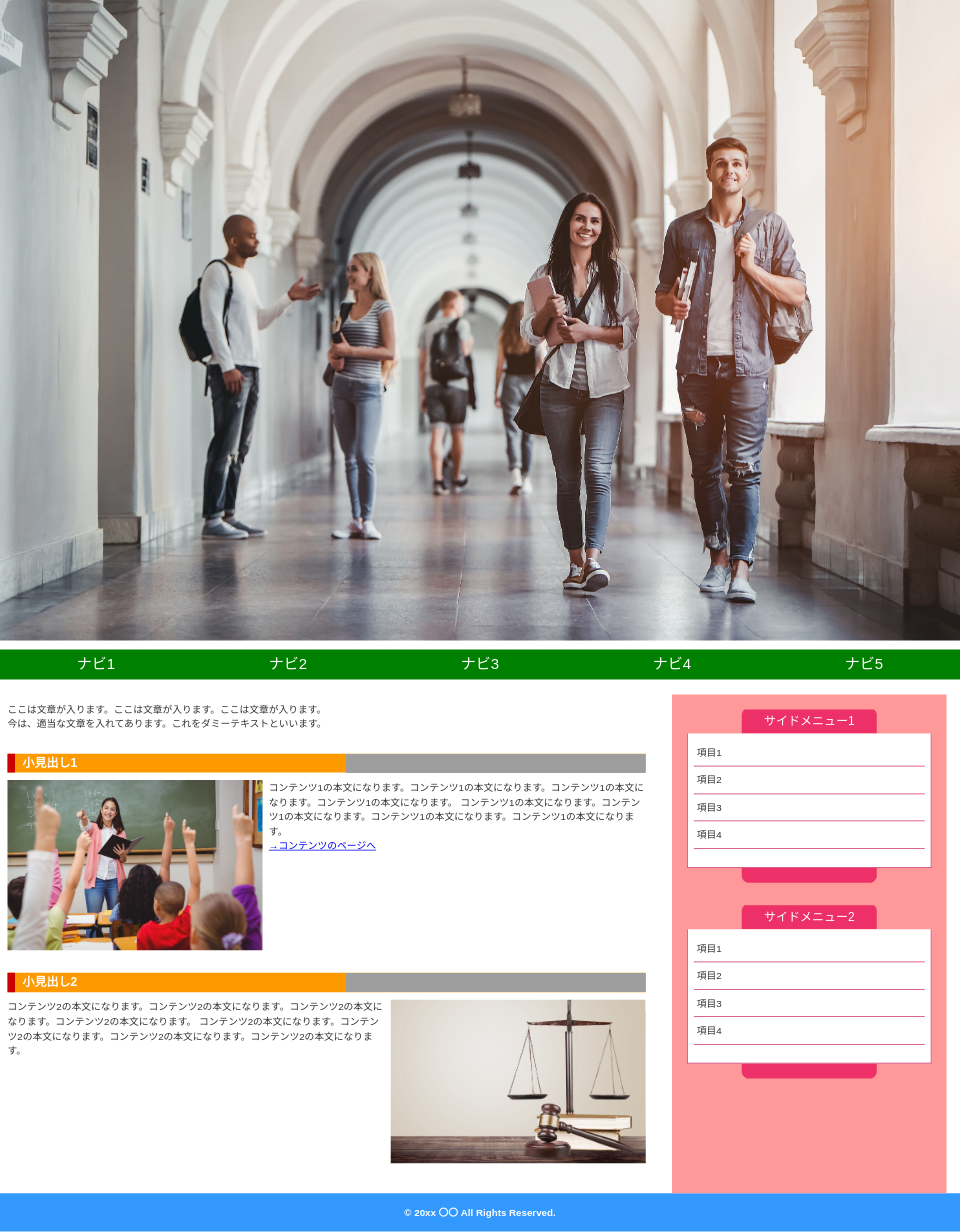
Repository: KAZMA5/samurai_HTML-CSS
Page: 6章まで/home.html
The author's editor kept a record of every edit. The page is drawn from the files as they stood at one moment, then again after the next edit.
The browser window is 1280 px wide. The pictures show the whole page, at 75% of full size.
Pictures or frames that could not be fetched are drawn as grey boxes.

Above is the page before.

### 6章まで/home.html
<!DOCTYPE html>
<html lang="ja">
    <head>
    <meta charset="UTF-8">
    <title>HTML/CSSの学習</title>
    <link rel="stylesheet"    href="stylesheet.css">
    </head>
    <body>
        <div id="header">
            <h1><a href="index.html"><img id="corridor" src="images/corridor.jpg" alt="大学の廊下" /></a></h1>
        </div>
        <div id="wrapper">
            <div id="nav">
                <ul>
                    <li><a href="home.html">ナビ1</a></li>
                    <li><a href="#">ナビ2</a></li>
                    <li><a href="#">ナビ3</a></li>
                    <li><a href="#">ナビ4</a></li>
                    <li><a href="#">ナビ5</a></li>
                </ul>
            </div>
            <div id="container">
                <div id="main">
                    <div class="post">
                        <p>ここは文章が入ります。ここは文章が入ります。ここは文章が入ります。<br />今は、適当な文章を入れてあります。これをダミーテキストといいます。</p>
                    </div>
                    <div class="post clearfix">
                        <h2>小見出し1</h2>
                        <img class="left" src="images/classroom.jpg" alt="授業風景" />
                        <p>
                            コンテンツ1の本文になります。コンテンツ1の本文になります。コンテンツ1の本文になります。コンテンツ1の本文になります。
                            コンテンツ1の本文になります。コンテンツ1の本文になります。コンテンツ1の本文になります。コンテンツ1の本文になります。
                        </p>
                    <p><a href="#">→コンテンツのページへ</a></p>
                </div>
                <div class="post clearfix">
                    <h2>小見出し2</h2>
                    <img class="right" src="images/scale.jpg" alt="天秤" />
                    <p>
                        コンテンツ2の本文になります。コンテンツ2の本文になります。コンテンツ2の本文になります。コンテンツ2の本文になります。
                        コンテンツ2の本文になります。コンテンツ2の本文になります。コンテンツ2の本文になります。コンテンツ2の本文になります。
                    </p>
                </div>
            </div>
            <div id="side">
                <div class="box">
                    <h2>サイドメニュー1</h2>
                    <div class="boxBody">
                        <ul>
                            <li>項目1</li>
                            <li>項目2</li>
                            <li>項目3</li>
                            <li>項目4</li>
                        </ul>
                    </div>
                </div>
                <div class="box">
                    <h2>サイドメニュー2</h2>
                    <div class="boxBody">
                        <ul>
                            <li>項目1</li>
                            <li>項目2</li>
                            <li>項目3</li>
                            <li>項目4</li>
                        </ul>
                    </div>
                </div>
            </div>
        </div>
        <div id="footer">
            <p>&copy; 20xx 〇〇 All Rights Reserved.<p>
        </div>
    </body>
</html>

### 6章まで/stylesheet.css
@charset "utf-8";

body {
	margin: 0;
	padding: 0;
	font-family: "ヒラギノ角ゴ Pro W3", "Hiragino Kaku Gothic Pro", "メイリオ", Meiryo, Osaka, "ＭＳ Ｐゴシック", "MS PGothic", sans-serif;
	color: #333;
	font-size: 13px;
	line-height: 150%;
}

/* -------------------- wrapper -------------------- */
#wrapper {
	width: 100%;
	margin: auto;
	padding: 0px;
	border: 0px;
	background-color: #FFF;
	top: 10px;
	position: relative;
}

/* -------------------- header -------------------- */
#header {
	width: 100%;
}
#header h1 {
	margin: 0;
	padding: 0;
}

#corridor {
	width: 100%;
	height: auto;
}

/* -------------------- footer -------------------- */
#footer {
	clear: both;
	width: 100%;
	padding: 3px 0 3px 0;
	background: #39F;
	color: #FFF;
	font-weight: bold;
	text-align: center;
}

/* -------------------- nav -------------------- */
#nav {
	width: 100%;
}
#nav ul {
	display: flex;
	margin: 0;
	padding: 0;
	list-style-type: none;
}
#nav ul li {
	width: 20%;
	text-align: center;
}
#nav ul li a {
	display: block;
	height: 20px;
	margin: 0;
	padding: 10px;
	color: #FFF;
	font-size: 20px;
	text-decoration: none;
	background-color: green;
}

#nav ul li a:hover {
	filter: drop-shadow(10px 10px 10px black);
}

/* -------------------- container -------------------- */
#container {
	width: 100%;
	margin: auto ;
	padding: auto;
	padding-top: 20px;
	clear: both;
	display: grid;
	grid-template-columns: 70vw 30vw;
}
/* -------------------- main -------------------- */
#main {
	width: 95%;
	padding: 10px 30px 10px 10px;
}
#main h2 {
	margin: 0 0 10px 0;
	padding: 3px 10px 3px 10px;
	color: #FFF;
	font-size: 16px;
	border-left: solid 10px #C00;
	background: #F90 url(../images/main_h2.jpg) right top repeat-y;
}
#main p {
	margin: 0;
	padding: 0;
}
#main .post {
	margin: 0 0 30px 0;
}

#main .post img.right {
	margin: 0 0 0 8px;
}
#main .post img.left {
	margin: 0 8px 0 0;
}

.right {
	float: right;
	width: 40%;
	height: auto;
}
.left {
	float: left;
	width: 40%;
	height: auto;
}

/* -------------------- clearfix -------------------- */
.clearfix {
	zoom: 1;
}
.clearfix:after{
	content: "";
	display: block;
	clear: both;
}

/* -------------------- side -------------------- */
#side {
	width: 85%;
	padding: 20px;
	background-color: #F99;
}
#side .box {
	margin: 0 auto 30px auto;
	padding: 0 0 20px 0;
	background: url(images/side_box.png) bottom no-repeat;
}
#side .box h2 {
	margin: 0;
	padding: 8px;
	text-align: center;
	color: #fff;
	font-size: 16px;
	line-height: 16px;
	font-weight: normal;
	background: url(images/side_box_h2.png) center no-repeat;
}
#side .box .boxBody {
	padding: 8px;
	border-right: solid 1px #C36;
	border-bottom: solid 1px #C36;
	border-left: solid 1px #C36;
	background: #fff;
}
#side .box .boxBody ul {
	margin: 0 0 16px 0;
	padding: 0;
}
#side .box .boxBody ul li {
	padding: 8px 0 8px 4px;
	list-style: none;
	border-bottom: solid 1px #C36;
}

#side .box .boxBody ul li:hover {
	padding: 8px 0 8px 4px;
	list-style: none;
	border-bottom: solid 1px #C36;
	box-shadow: 0px 4px 4px rgba(0, 0, 0, 0.3);
}

After the next edit:
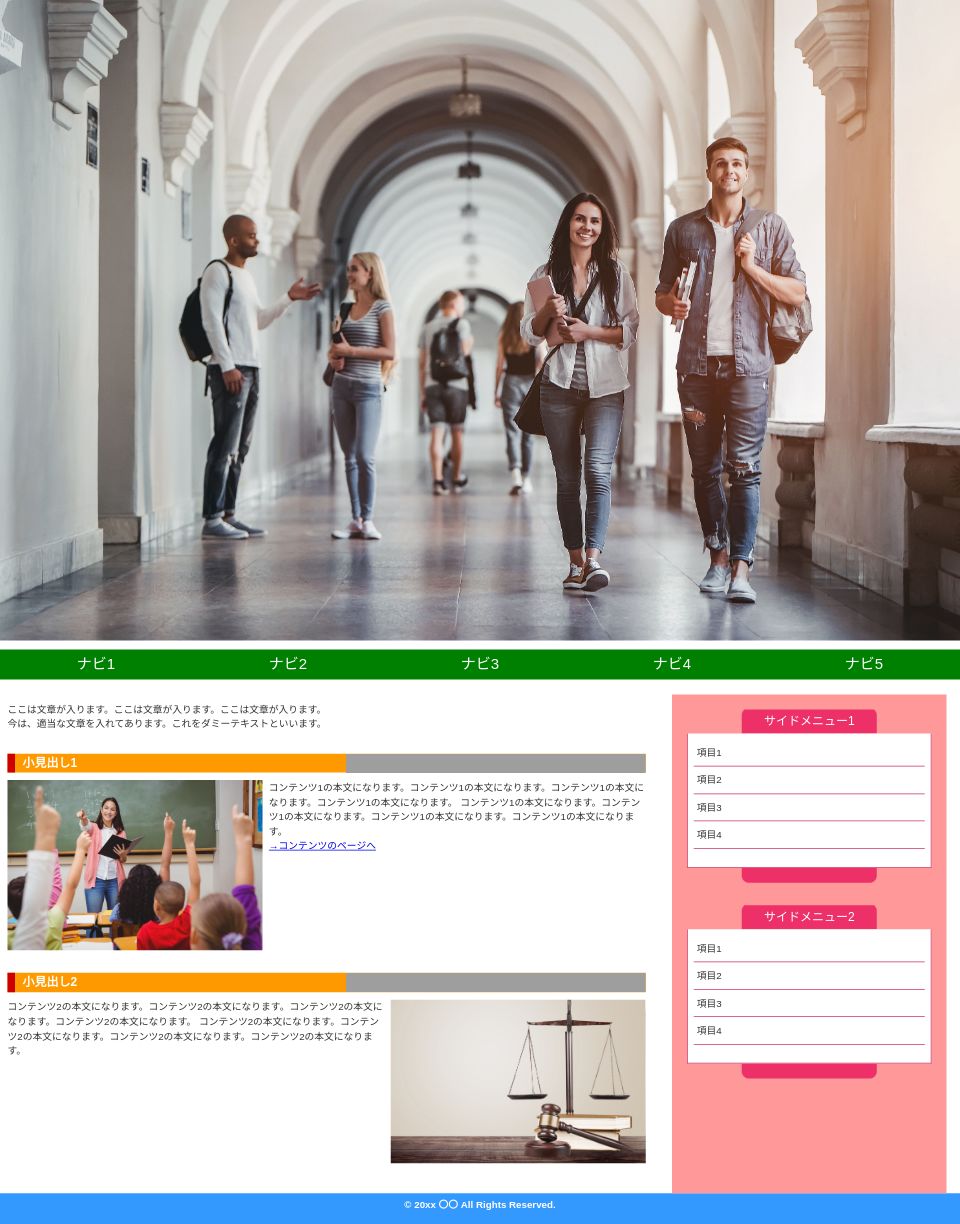
The edit:
--- a/6章まで/home.html
+++ b/6章まで/home.html
@@ -31,38 +31,39 @@
                             コンテンツ1の本文になります。コンテンツ1の本文になります。コンテンツ1の本文になります。コンテンツ1の本文になります。
                             コンテンツ1の本文になります。コンテンツ1の本文になります。コンテンツ1の本文になります。コンテンツ1の本文になります。
                         </p>
-                    <p><a href="#">→コンテンツのページへ</a></p>
-                </div>
-                <div class="post clearfix">
-                    <h2>小見出し2</h2>
-                    <img class="right" src="images/scale.jpg" alt="天秤" />
-                    <p>
-                        コンテンツ2の本文になります。コンテンツ2の本文になります。コンテンツ2の本文になります。コンテンツ2の本文になります。
-                        コンテンツ2の本文になります。コンテンツ2の本文になります。コンテンツ2の本文になります。コンテンツ2の本文になります。
-                    </p>
-                </div>
-            </div>
-            <div id="side">
-                <div class="box">
-                    <h2>サイドメニュー1</h2>
-                    <div class="boxBody">
-                        <ul>
-                            <li>項目1</li>
-                            <li>項目2</li>
-                            <li>項目3</li>
-                            <li>項目4</li>
-                        </ul>
+                        <p><a href="#">→コンテンツのページへ</a></p>
+                    </div>
+                    <div class="post clearfix">
+                        <h2>小見出し2</h2>
+                        <img class="right" src="images/scale.jpg" alt="天秤" />
+                        <p>
+                            コンテンツ2の本文になります。コンテンツ2の本文になります。コンテンツ2の本文になります。コンテンツ2の本文になります。
+                            コンテンツ2の本文になります。コンテンツ2の本文になります。コンテンツ2の本文になります。コンテンツ2の本文になります。
+                        </p>
                     </div>
                 </div>
-                <div class="box">
-                    <h2>サイドメニュー2</h2>
-                    <div class="boxBody">
-                        <ul>
-                            <li>項目1</li>
-                            <li>項目2</li>
-                            <li>項目3</li>
-                            <li>項目4</li>
-                        </ul>
+                <div id="side">
+                    <div class="box">
+                        <h2>サイドメニュー1</h2>
+                        <div class="boxBody">
+                            <ul>
+                                <li>項目1</li>
+                                <li>項目2</li>
+                                <li>項目3</li>
+                                <li>項目4</li>
+                            </ul>
+                        </div>
+                    </div>
+                    <div class="box">
+                        <h2>サイドメニュー2</h2>
+                        <div class="boxBody">
+                            <ul>
+                                <li>項目1</li>
+                                <li>項目2</li>
+                                <li>項目3</li>
+                                <li>項目4</li>
+                            </ul>
+                        </div>
                     </div>
                 </div>
             </div>
